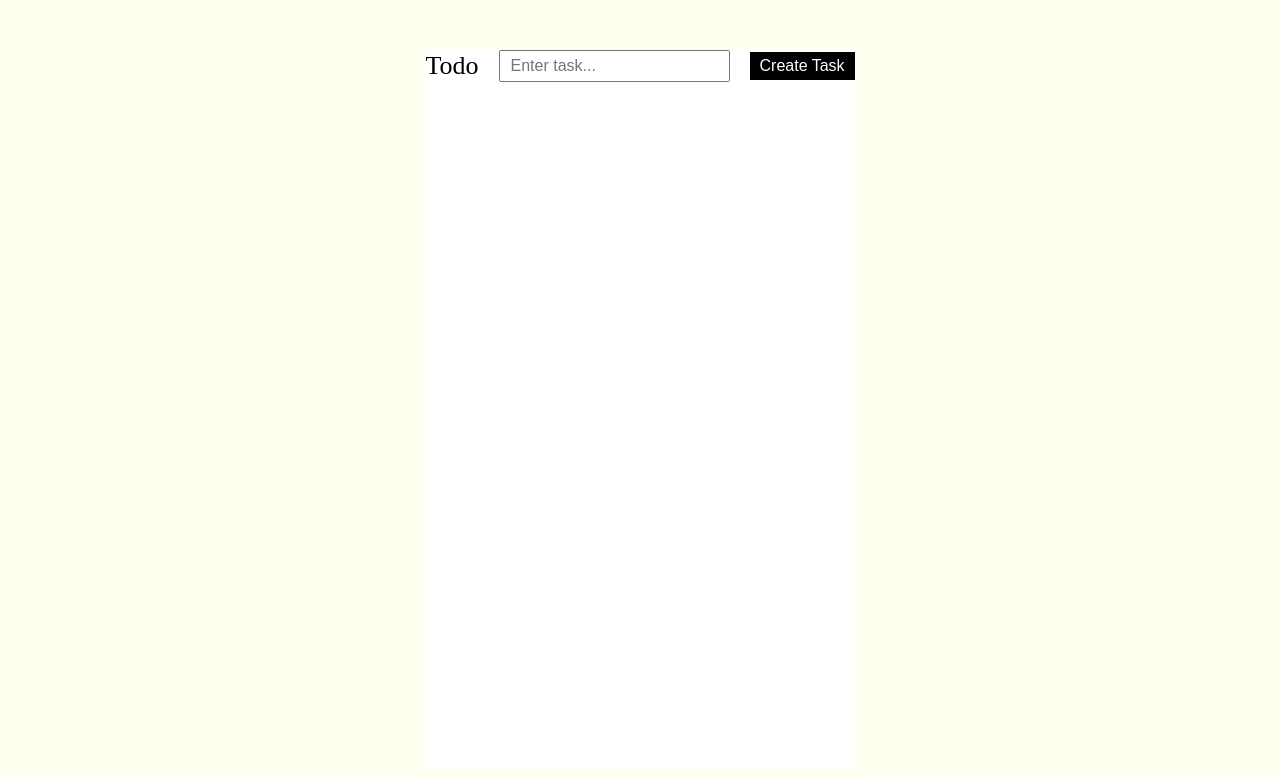
Repository: pawvan/todo_app
Page: markup/tod.html
An editor plug-in stored every save of this project. The page is shown before and after the next save, followed by the edit.
The browser window is 1280 px wide. The pictures show the whole page.

Above is the page before, as saved 2025-01-11 22:42:23.

### markup/tod.html
<!DOCTYPE html>
<html lang="en">
<head>
    <meta charset="UTF-8">
    <meta name="viewport" content="width=device-width, initial-scale=1.0">
    <title>Todo App</title>
    <script src="../interactivity/todo.js"></script>
    <link href="../styles/todo.css" rel="stylesheet"/>
</head>
<body>
    <div class="todo-container">
        <div class="todo-upper" >
            <div class="todo-header"> Todo </div>
<input type="text" id="todo-input" placeholder="Enter task...">
<button onclick="addTask()" id="add-button">Create Task</button>
        </div>



        <ul id="task-list">
        </ul>
    </div>
</body>
</html>

### interactivity/todo.js
document.addEventListener("DOMContentLoaded", loadTasks);

function addTask() {
  const taskInput = document.getElementById("todo-input");
  const taskText = taskInput.value.trim();
  const alertElement = document.querySelector(".alert");
  const taskList = document.getElementById("task-list");
  if (taskText !== "") {
    const newTask = {
      id: Date.now(),
      text: taskText,
      createAt: new Date().toISOString(),
      isCompleted: false
    };
    const li = document.createElement("li");
    li.textContent = newTask.text;
    const completeButton = createCompleteButton(li, newTask);
    const deleteButton = createDeleteButton(li, newTask);
    li.appendChild(completeButton);
    li.appendChild(deleteButton);
    taskList.appendChild(li);
    taskInput.value = "";
    saveTaskToLocalStorage(newTask);
  } else {
    alertElement ? "" : alertThing();
  }
}

function alertThing() {
  const todoContainer = document.getElementsByClassName("todo-container")[0];
  const createDiv = document.createElement("div");
  createDiv.textContent = "Please enter the task";
  todoContainer.appendChild(createDiv);
  createDiv.classList.add("alert");
}

function createDeleteButton(listElement, task) {
  const removeLi = () => {
    removeTaskFromLocalStorage(task.id);
    listElement.remove();
  };

  return createButton("Delete", ["delete-btn"], removeLi);
}

function createCompleteButton(listElement, task) {
  const completeCallBack = () => {
    task.isCompleted = !task.isCompleted;
    if (!task.isCompleted) {
      listElement.classList.remove("completed");
      completeButton.textContent = "Complete";
      listElement.style.textDecoration = "none";
    } else {
      listElement.classList.add("completed");
      completeButton.textContent = "Uncomplete";
      listElement.style.textDecoration = "line-through";
    }
  };

  const completeButton = createButton("Complete", ['complete-btn'], completeCallBack);
  return completeButton;
}

function createButton(label, classNames, onclickMethod ,type){
  const button = document.createElement("button");
  button.textContent = label;
  button.classList.add(...classNames);
  button.onclick = () => {
    onclickMethod();
  };
  return button;
}

function loadTasks() {
  const tasks = getTasksFromLocalStorage();
  const taskList = document.getElementById("task-list");

  tasks.forEach((task) => {
    const li = document.createElement("li");
    li.textContent = task.text;

    const completeButton = createCompleteButton(li, task);
    const deleteButton = createDeleteButton(li, task);

    li.appendChild(completeButton);
    li.appendChild(deleteButton);
    taskList.appendChild(li);
  });
}

function saveTaskToLocalStorage(task) {
  const tasks = getTasksFromLocalStorage();
  tasks.push(task);
  localStorage.setItem("tasks", JSON.stringify(tasks));
}

function getTasksFromLocalStorage() {
  const tasks = localStorage.getItem("tasks");
  return tasks ? JSON.parse(tasks) : [];
}

function removeTaskFromLocalStorage(taskId) {
  const tasks = getTasksFromLocalStorage();
  const updatedTasks = tasks.filter((task) => task.id !== taskId);
  localStorage.setItem("tasks", JSON.stringify(updatedTasks));
}

### styles/todo.css
body {
    margin-top: 50px;
    height: 100vh;
    display: flex;
    justify-content: center;
    background-color:ivory
}

.todo-upper {
    display: flex;
    flex-direction: horizontal;
    align-items: center;
    gap: 20px;

}

.todo-container{
    margin: ;
    background-color:white
}

.todo-header
{
    font-size: 26px;
    font-weight: 400;
}

#todo-input {
    padding: 5px 10px;
    font-size: 16px;
}

#add-button {
    padding: 5px 10px;
    font-size: 16px;
    background-color:#000000;
    color: white;
    border: none;
    cursor: pointer;
}
#task-list {
    list-style-type: none;
    padding: 0;
}

After the next save:
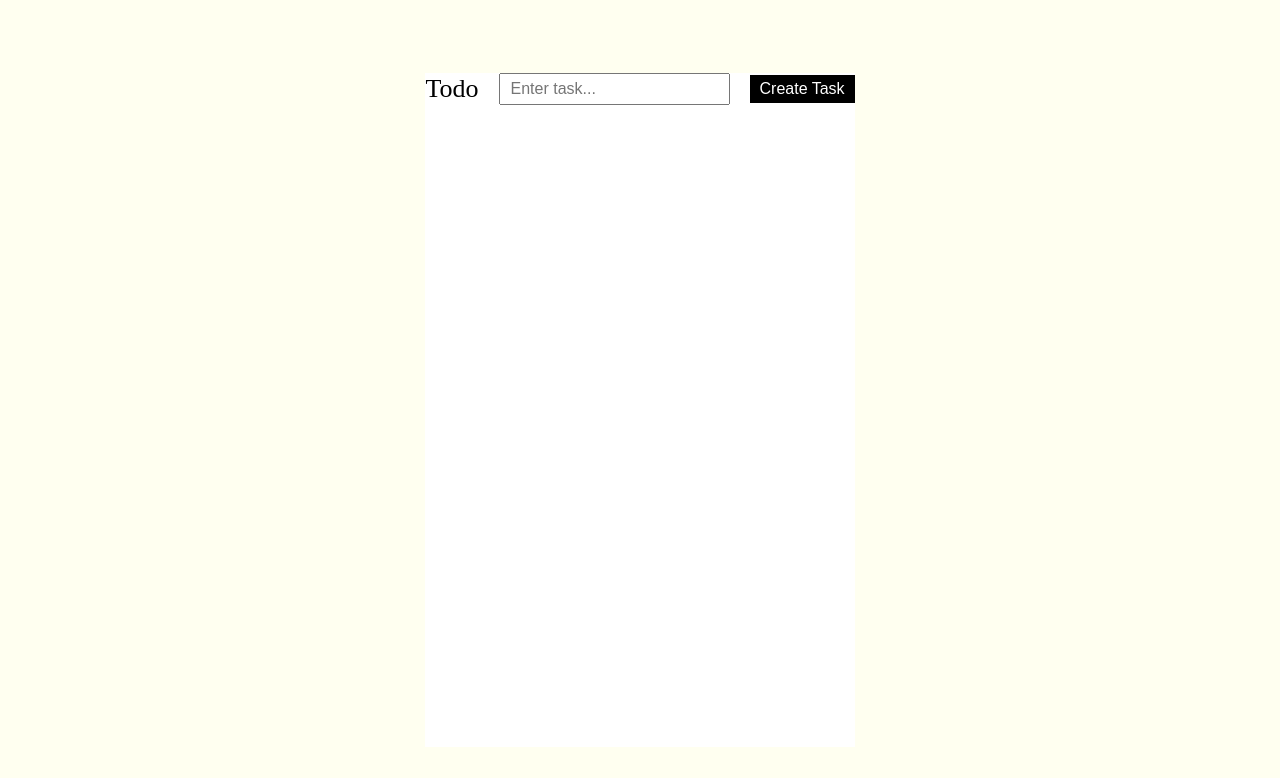
Saved 4 s later.
--- a/styles/todo.css
+++ b/styles/todo.css
@@ -15,7 +15,7 @@
 }
 
 .todo-container{
-    margin: ;
+    margin: 23px 23px;
     background-color:white
 }
 

After the 2 saves that followed:
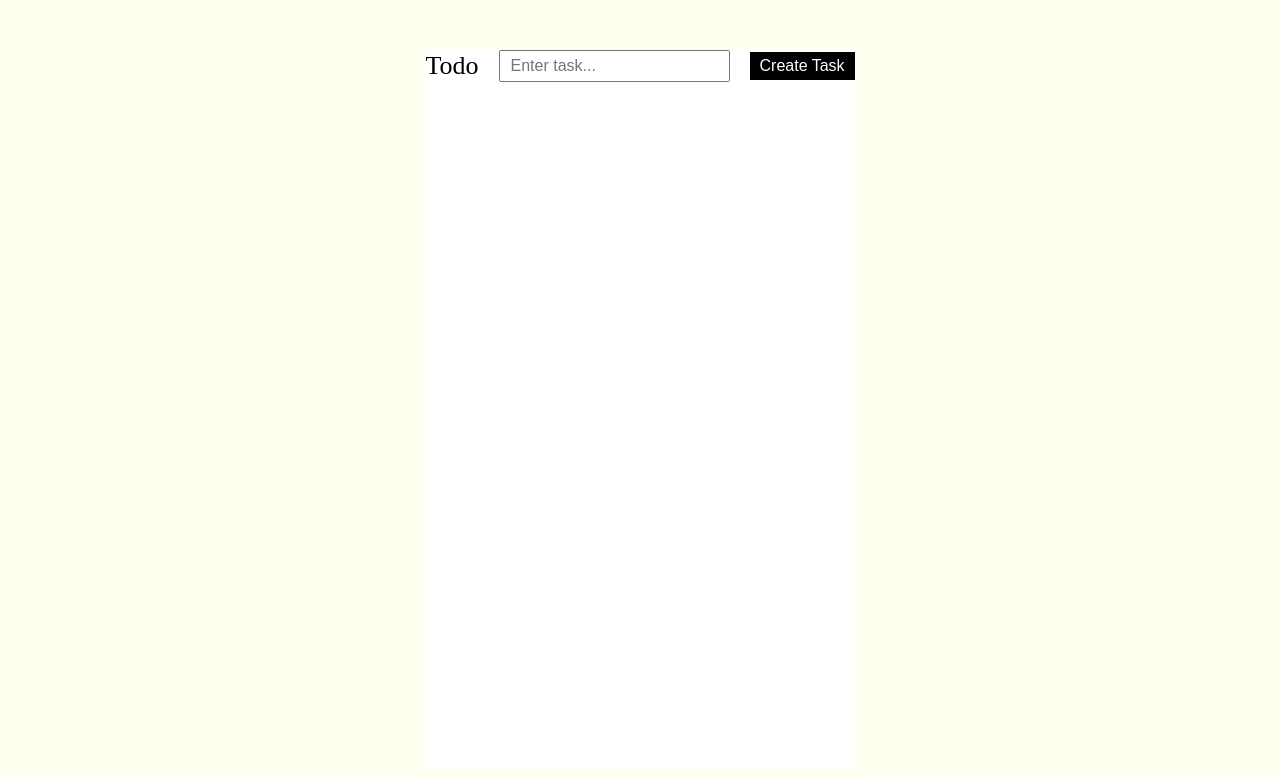
The 2 saves are shown as one change because they came seconds apart.
The last was saved 14 s later.
--- a/styles/todo.css
+++ b/styles/todo.css
@@ -15,12 +15,12 @@
 }
 
 .todo-container{
-    margin: 23px 23px;
     background-color:white
 }
 
 .todo-header
 {
+
     font-size: 26px;
     font-weight: 400;
 }
